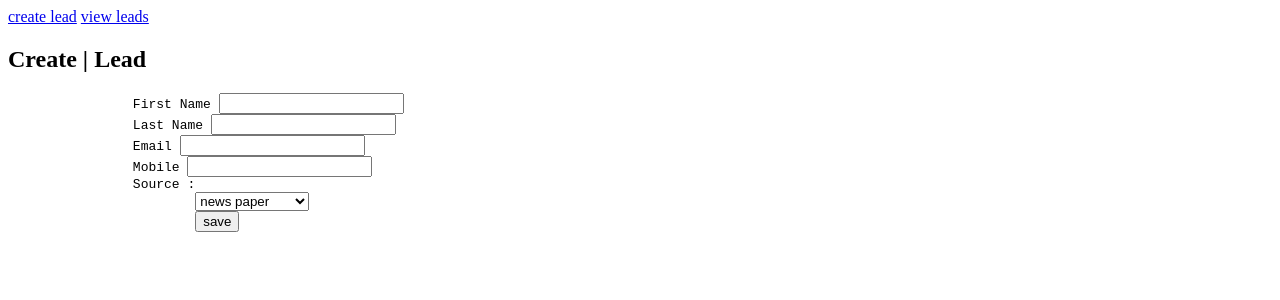
Repository: aniket-9211/zohocrmapp2
Page: http://localhost/zohocrmapp2/WEB-INF/jsps/generate_bill.jsp
These files come from the project's save history. The page is drawn as it stood at one moment and after the next save; the edit follows.
The browser window is 1280 px wide. The pictures show the whole page.
The page is served by Tomcat 9. Nobody is signed in. The template is opened directly, without the code that normally fills it, so the values that code supplies are empty.

Above is the page before, as saved 2022-09-24 22:31:28.

After the next save:
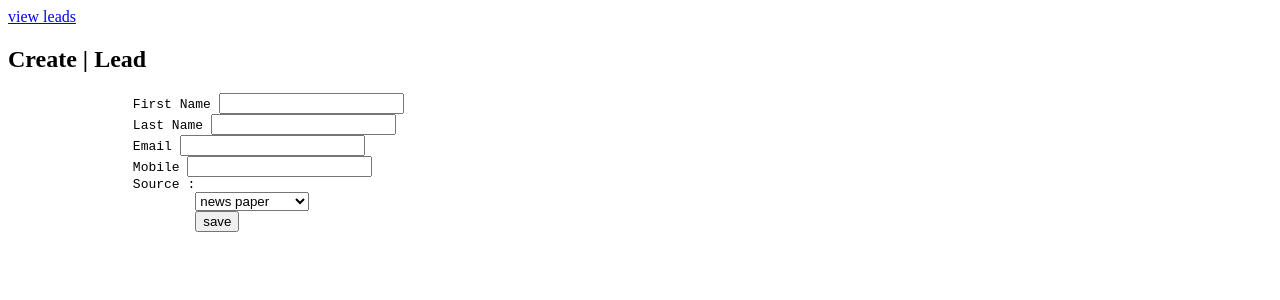
Saved 4 min 50 s later.
--- a/zohocrmapp2/src/main/webapp/WEB-INF/jsps/menu.jsp
+++ b/zohocrmapp2/src/main/webapp/WEB-INF/jsps/menu.jsp
@@ -6,7 +6,7 @@
 <meta charset="ISO-8859-1">
 </head>
 <body>
-	<a href="viewCreateLeadPage">create lead</a>
+
 	<a href="listall">view leads</a>
 </body>
 </html>
